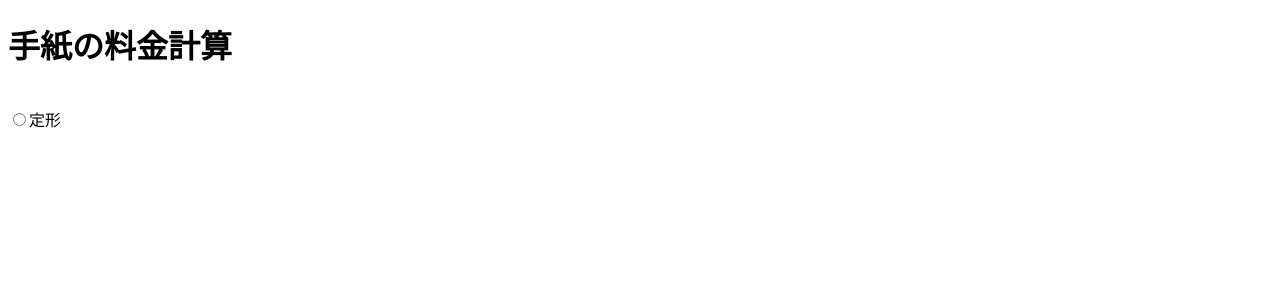
Repository: aiueo20/18ca0155
Page: SSP/kadai0601/WebContent/login.html
The author's editor kept a copy of each file at every save. The page is drawn from the files as they stood at one save, then again after the next save.
The browser window is 1280 px wide. The pictures show the whole page.

Above is the page before, as saved 2019-01-15 02:47:48.

### SSP/kadai0601/WebContent/login.html
<!DOCTYPE html>
<html>
<head>
<meta charset="UTF-8">
<title>Insert title here</title>
</head>
<body>

<h1>手紙の料金計算</h1><br>
<input type="radio" name="teikei" value="定形">定形


</body>
</html>

After the next save:
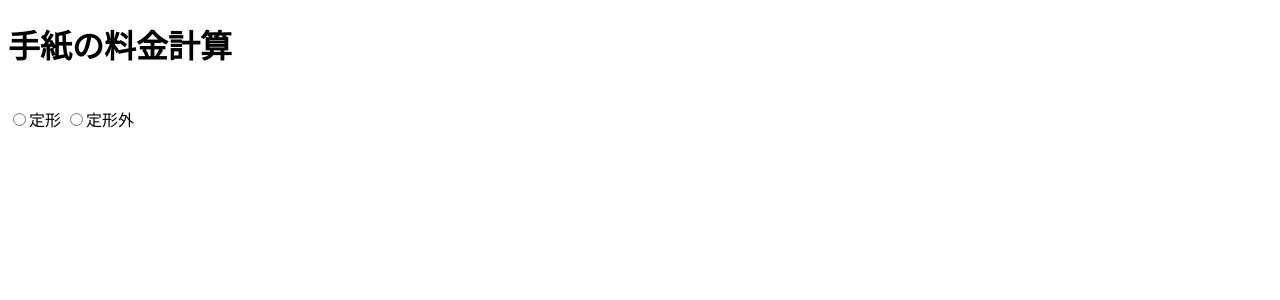
Saved 99 s later.
--- a/SSP/kadai0601/WebContent/login.html
+++ b/SSP/kadai0601/WebContent/login.html
@@ -8,6 +8,7 @@
 
 <h1>手紙の料金計算</h1><br>
 <input type="radio" name="teikei" value="定形">定形
+<input type="radio" name="teikeigai" value="定形外">定形外
 
 
 </body>
